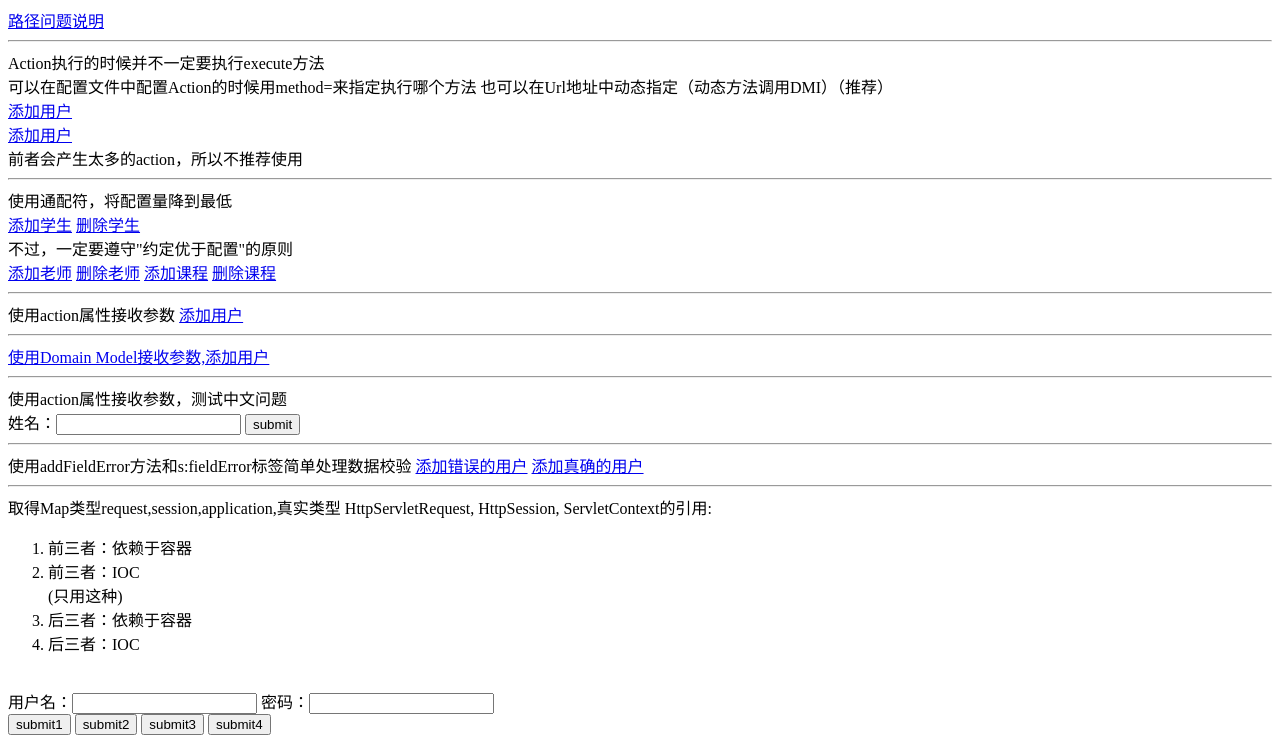
Repository: chellong/StrutsBasic
Page: http://localhost/Struts2.3Sx_1/
An editor plug-in stored every save of this project. The page is shown before and after the next save, followed by the edit.
The browser window is 1280 px wide. The pictures show the whole page.
The page is served by Tomcat 9. Nobody is signed in. The application's start-up code is not run. Other server files are loaded and not shown.

Above is the page before, as saved 2016-01-23 14:27:59.

### Struts2.3Sx_1/WebContent/index.jsp
<?xml version="1.0" encoding="utf-8" ?>
<%@ page language="java" contentType="text/html; charset=utf-8"
	pageEncoding="utf-8"%>

<%
	String path = request.getContextPath();
	String basePath = request.getScheme() + "://" + request.getServerName() + ":" + request.getServerPort()
			+ path + "/";
%>

<!DOCTYPE html PUBLIC "-//W3C//DTD XHTML 1.0 Transitional//EN" "http://www.w3.org/TR/xhtml1/DTD/xhtml1-transitional.dtd">

<html xmlns="http://www.w3.org/1999/xhtml">
<head>
<base href="<%=basePath%>" />
<meta http-equiv="Content-Type" content="text/html; charset=GB18030" />
<title>Insert title here</title>
</head>
<body>
	<a href="path/path.action">路径问题说明</a>
	<hr style="border: 1 dashed #987cb9" />
	Action执行的时候并不一定要执行execute方法
	<br /> 可以在配置文件中配置Action的时候用method=来指定执行哪个方法
	也可以在Url地址中动态指定（动态方法调用DMI）（推荐）
	<br />
	<a href="/user/userAdd">添加用户</a>
	<br />
	<a href="/user/user!add">添加用户</a>
	<br /> 前者会产生太多的action，所以不推荐使用

	<hr style="border: 1 dashed #987cb9" />

	使用通配符，将配置量降到最低
	<br />
	<a href="/actions/Studentadd">添加学生</a>
	<a href="/actions/Studentdelete">删除学生</a>
	<br /> 不过，一定要遵守"约定优于配置"的原则
	<br />
	<a href="/actions/Teacher_add">添加老师</a>
	<a href="/actions/Teacher_delete">删除老师</a>
	<a href="/actions/Course_add">添加课程</a>
	<a href="/actions/Course_delete">删除课程</a>

	<hr style="border: 1 dashed #987cb9" />
	使用action属性接收参数
	<a href="user/user_007?name=a&age=8">添加用户</a>

	<hr style="border: 1 dashed #987cb9" />
	<a href="user/user_008?user.name=a&user.age=8">使用Domain
		Model接收参数,添加用户</a>

	<!--中文问题 -->
	<hr style="border: 1 dashed #987cb9" />
	使用action属性接收参数，测试中文问题
	<form action="user/user_008" method="post">
		姓名：<input type="text" name="name"></input> <input type="submit"
			value="submit" />
	</form>
	<!--数据验证 -->
	<hr style="border: 1 dashed #987cb9" />
	使用addFieldError方法和s:fieldError标签简单处理数据校验
	<a href="user/user_009?name=a">添加错误的用户</a>
	<a href="user/user_009?name=admin">添加真确的用户</a>

	<hr style="border: 1 dashed #987cb9" />

	取得Map类型request,session,application,真实类型 HttpServletRequest,
	HttpSession, ServletContext的引用:
	<ol>
		<li>前三者：依赖于容器</li>
		<li>前三者：IOC</li> (只用这种)
		<li>后三者：依赖于容器</li>
		<li>后三者：IOC</li>
	</ol>
	<br />
	<form name="f" action="" method="post">
		用户名：<input type="text" name="name" /> 密码：<input type="text"
			name="password" /> <br /> <input type="button" value="submit1"
			onclick="javascript:document.f.action='login/login1';document.f.submit();" />
		<input type="button" value="submit2"
			onclick="javascript:document.f.action='login/login2';document.f.submit();" />
		<input type="button" value="submit3"
			onclick="javascript:document.f.action='login/login3';document.f.submit();" />
		<input type="button" value="submit4"
			onclick="javascript:document.f.action='login/login4';document.f.submit();" />
	</form>

</body>
</html>

After the next save:
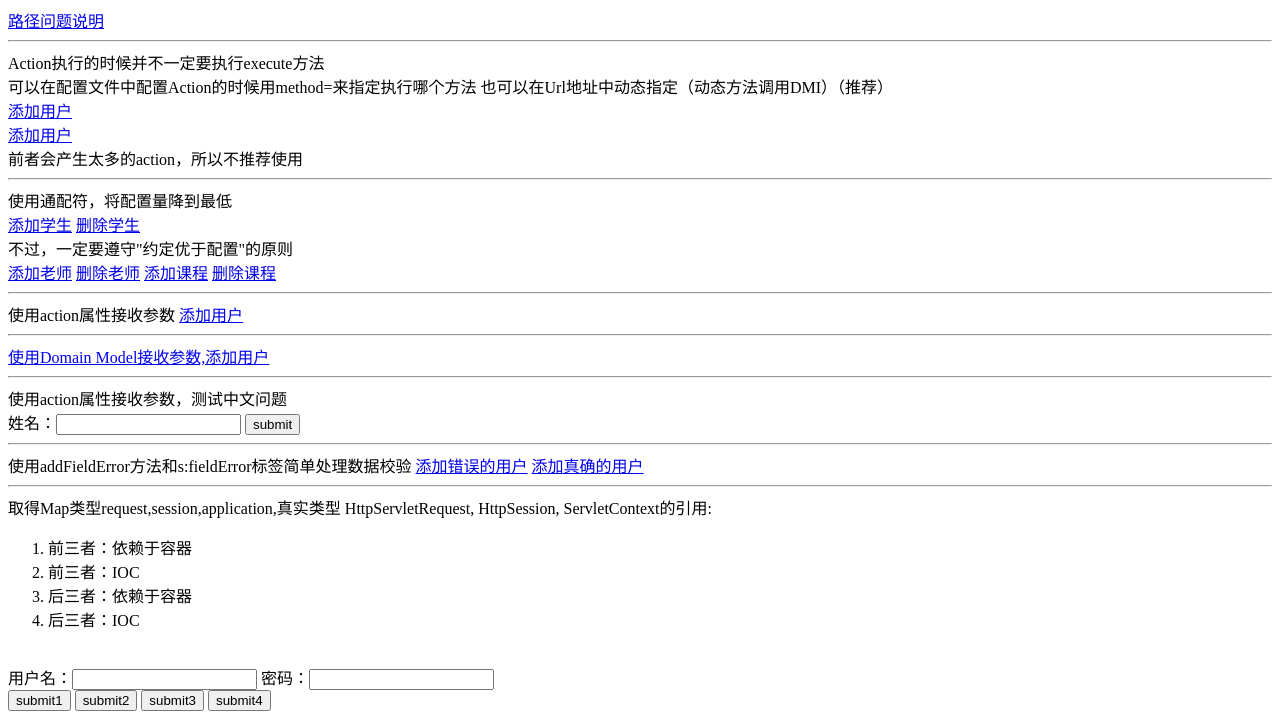
Saved 9 s later.
--- a/Struts2.3Sx_1/WebContent/index.jsp
+++ b/Struts2.3Sx_1/WebContent/index.jsp
@@ -68,7 +68,8 @@
 	HttpSession, ServletContext的引用:
 	<ol>
 		<li>前三者：依赖于容器</li>
-		<li>前三者：IOC</li> (只用这种)
+		<li>前三者：IOC</li>
+<!-- 		 (只用这种) -->
 		<li>后三者：依赖于容器</li>
 		<li>后三者：IOC</li>
 	</ol>
